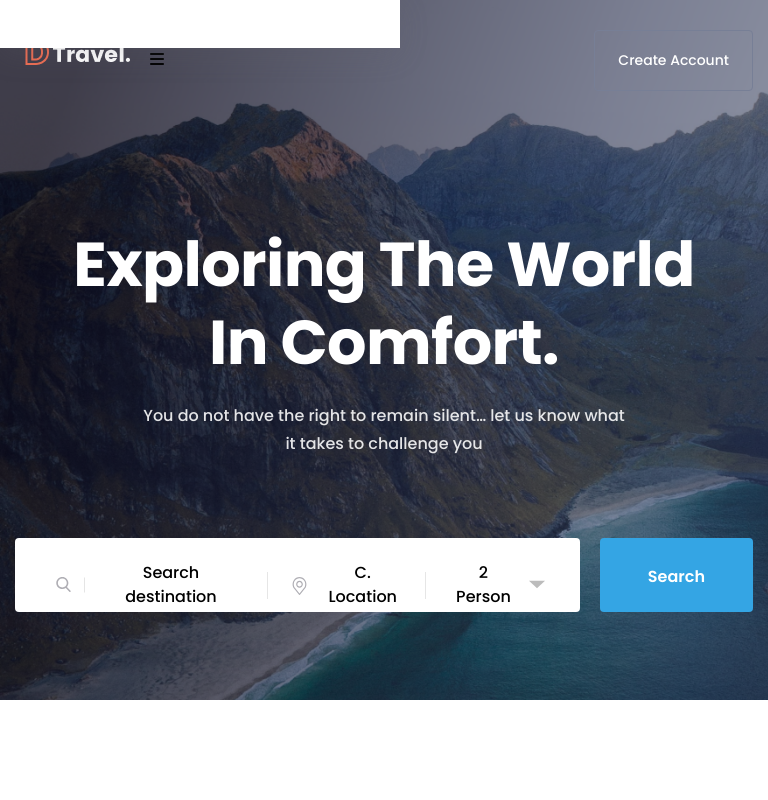
Repository: hoang0508/LandingPage-CodeTravel2
Page: index.html
These files come from the project's save history. The page is drawn as it stood at one moment and after the next save; the edit follows.
The browser window is 768 px wide. The pictures show the whole page.
Some web libraries are served in a nearby version. The style sheet was rebuilt from its Sass, Less or Tailwind sources for each picture, by a compiler version that may differ from the author's.

Above is the page before, as saved 2022-09-16 14:04:07.

After the next save:
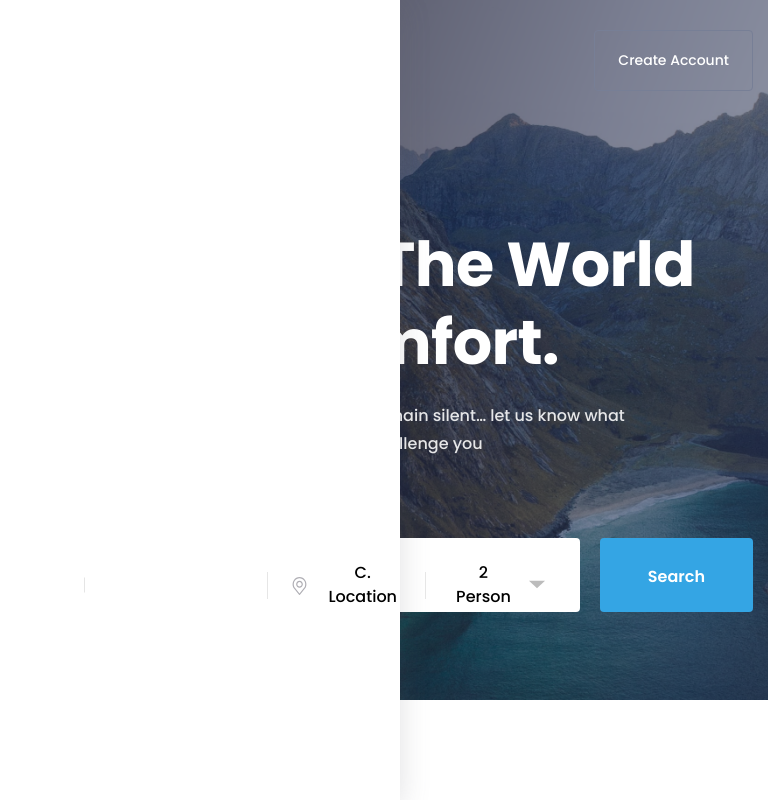
Saved 50 s later.
--- a/sass/_header.scss
+++ b/sass/_header.scss
@@ -142,6 +142,7 @@
       max-width: 400px;
       top: 0;
       left: 0;
+      bottom: 0;
       background-color: #fff;
       box-shadow: rgba(100, 100, 111, 0.2) 0px 7px 29px 0px;
     }
